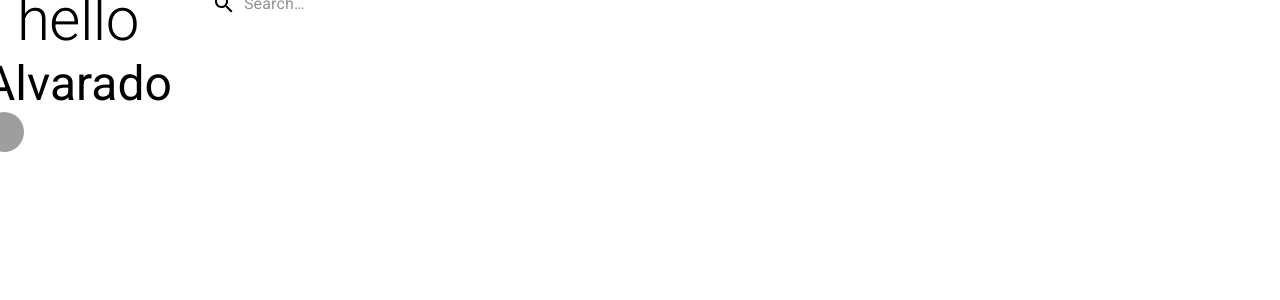
Repository: GokulDev4U/Immence_task
Page: /
The author's editor kept a copy of each file at every save. The page is drawn from the files as they stood at one save, then again after the next save.
The browser window is 1280 px wide. The pictures show the whole page.
Pictures or frames that could not be fetched are drawn as grey boxes. The project was rebuilt for these pictures with package versions that can differ from the ones it lists, and the page was loaded fresh each time.

Above is the page before, as saved 2022-05-07 14:41:04.

### public/index.html
<!DOCTYPE html>
<html lang="en">
  <head>
    <meta charset="utf-8" />
    <link rel="icon" href="%PUBLIC_URL%/favicon.ico" />
    <meta name="viewport" content="width=device-width, initial-scale=1" />
    <meta name="theme-color" content="#000000" />
    <meta
      name="description"
      content="Web site created using create-react-app"
    />
    <link rel="apple-touch-icon" href="%PUBLIC_URL%/logo192.png" />
    <link
  rel="stylesheet"
  href="https://fonts.googleapis.com/css?family=Roboto:300,400,500,700&display=swap"
/>
<link
  rel="stylesheet"
  href="https://fonts.googleapis.com/icon?family=Material+Icons"
/>
    <!--
      manifest.json provides metadata used when your web app is installed on a
      user's mobile device or desktop. See https://developers.google.com/web/fundamentals/web-app-manifest/
    -->
    <link rel="manifest" href="%PUBLIC_URL%/manifest.json" />
    <!--
      Notice the use of %PUBLIC_URL% in the tags above.
      It will be replaced with the URL of the `public` folder during the build.
      Only files inside the `public` folder can be referenced from the HTML.

      Unlike "/favicon.ico" or "favicon.ico", "%PUBLIC_URL%/favicon.ico" will
      work correctly both with client-side routing and a non-root public URL.
      Learn how to configure a non-root public URL by running `npm run build`.
    -->
    <title>React App</title>
  </head>
  <body>
    <noscript>You need to enable JavaScript to run this app.</noscript>
    <div id="root"></div>
    <!--
      This HTML file is a template.
      If you open it directly in the browser, you will see an empty page.

      You can add webfonts, meta tags, or analytics to this file.
      The build step will place the bundled scripts into the <body> tag.

      To begin the development, run `npm start` or `yarn start`.
      To create a production bundle, use `npm run build` or `yarn build`.
    -->
  </body>
</html>

### src/App.js
import "./App.css";
import { BrowserRouter, Routes, Route } from "react-router-dom";
import Home from "./components/Home/Home";

function App() {
  return (
    <div className="App">
      <BrowserRouter>
        <Routes>
          {/* <Route path="/" element={<App />}> */}
          <Route index element={<Home />} />
          {/* </Route> */}
        </Routes>
      </BrowserRouter>
    </div>
  );
}

export default App;

### src/components/Home/Home.jsx
import React from 'react';
import IconButton from '@mui/material/IconButton';
import Typography from '@mui/material/Typography';
import InputBase from '@mui/material/InputBase';
import { styled, alpha } from '@mui/material/styles';
import SearchIcon from '@mui/icons-material/Search';
import Avatar from '@mui/material/Avatar';
import Stack from '@mui/material/Stack';
import Grid from '@mui/material/Grid';

const Home = () => {
    const Search = styled('div')(({ theme }) => ({
        position: 'relative',
        borderRadius: theme.shape.borderRadius,
        backgroundColor: alpha(theme.palette.common.white, 0.15),
        '&:hover': {
            backgroundColor: alpha(theme.palette.common.white, 0.25),
        },
        marginRight: theme.spacing(2),
        marginLeft: 0,
        width: '100%',
        [theme.breakpoints.up('sm')]: {
            marginLeft: theme.spacing(3),
            width: 'auto',
        },
    }));

    const SearchIconWrapper = styled('div')(({ theme }) => ({
        padding: theme.spacing(0, 2),
        height: '100%',
        position: 'absolute',
        pointerEvents: 'none',
        display: 'flex',
        alignItems: 'center',
        justifyContent: 'center',
    }));

    const StyledInputBase = styled(InputBase)(({ theme }) => ({
        color: 'inherit',
        '& .MuiInputBase-input': {
            padding: theme.spacing(1, 1, 1, 0),
            // vertical padding + font size from searchIcon
            paddingLeft: `calc(1em + ${theme.spacing(4)})`,
            transition: theme.transitions.create('width'),
            width: '100%',
            [theme.breakpoints.up('md')]: {
                width: '20ch',
            },
        },
    }));

    return (<>
        <Grid container spacing={2}>
            <div className="home-intro-user">
                <div className="home-intro-user-text">
                    <Typography variant="h2">hello</Typography>
                    <Typography variant="h3">Alvarado</Typography>
                </div>
                <div className="home-intro-user-image">
                    <Avatar alt="Remy Sharp" src="/static/images/avatar/1.jpg" />
                </div>
            </div>
            <div>
                <Search>
                    <SearchIconWrapper>
                        <SearchIcon />
                    </SearchIconWrapper>
                    <StyledInputBase
                        placeholder="Search…"
                        inputProps={{ 'aria-label': 'search' }}
                    />
                </Search>
            </div>
        </Grid>
    </>
    );
};

export default Home;;

Loaded but not shown: src/index.js (common file); src/index.css (common file); src/reportWebVitals.js (common file); src/App.css (common file)

After the next save:
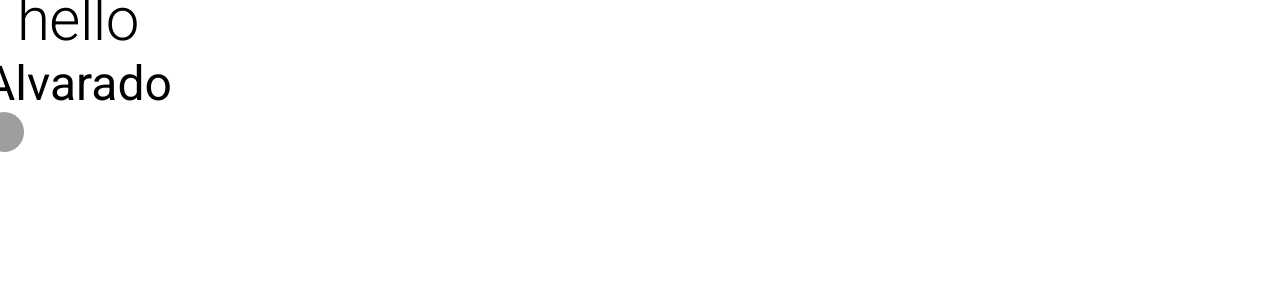
Saved 27 s later.
--- a/src/components/Home/Home.jsx
+++ b/src/components/Home/Home.jsx
@@ -1,53 +1,11 @@
 import React from 'react';
 import IconButton from '@mui/material/IconButton';
 import Typography from '@mui/material/Typography';
-import InputBase from '@mui/material/InputBase';
-import { styled, alpha } from '@mui/material/styles';
-import SearchIcon from '@mui/icons-material/Search';
 import Avatar from '@mui/material/Avatar';
-import Stack from '@mui/material/Stack';
 import Grid from '@mui/material/Grid';
 
 const Home = () => {
-    const Search = styled('div')(({ theme }) => ({
-        position: 'relative',
-        borderRadius: theme.shape.borderRadius,
-        backgroundColor: alpha(theme.palette.common.white, 0.15),
-        '&:hover': {
-            backgroundColor: alpha(theme.palette.common.white, 0.25),
-        },
-        marginRight: theme.spacing(2),
-        marginLeft: 0,
-        width: '100%',
-        [theme.breakpoints.up('sm')]: {
-            marginLeft: theme.spacing(3),
-            width: 'auto',
-        },
-    }));
 
-    const SearchIconWrapper = styled('div')(({ theme }) => ({
-        padding: theme.spacing(0, 2),
-        height: '100%',
-        position: 'absolute',
-        pointerEvents: 'none',
-        display: 'flex',
-        alignItems: 'center',
-        justifyContent: 'center',
-    }));
-
-    const StyledInputBase = styled(InputBase)(({ theme }) => ({
-        color: 'inherit',
-        '& .MuiInputBase-input': {
-            padding: theme.spacing(1, 1, 1, 0),
-            // vertical padding + font size from searchIcon
-            paddingLeft: `calc(1em + ${theme.spacing(4)})`,
-            transition: theme.transitions.create('width'),
-            width: '100%',
-            [theme.breakpoints.up('md')]: {
-                width: '20ch',
-            },
-        },
-    }));
 
     return (<>
         <Grid container spacing={2}>
@@ -60,17 +18,7 @@ const Home = () => {
                     <Avatar alt="Remy Sharp" src="/static/images/avatar/1.jpg" />
                 </div>
             </div>
-            <div>
-                <Search>
-                    <SearchIconWrapper>
-                        <SearchIcon />
-                    </SearchIconWrapper>
-                    <StyledInputBase
-                        placeholder="Search…"
-                        inputProps={{ 'aria-label': 'search' }}
-                    />
-                </Search>
-            </div>
+
         </Grid>
     </>
     );
